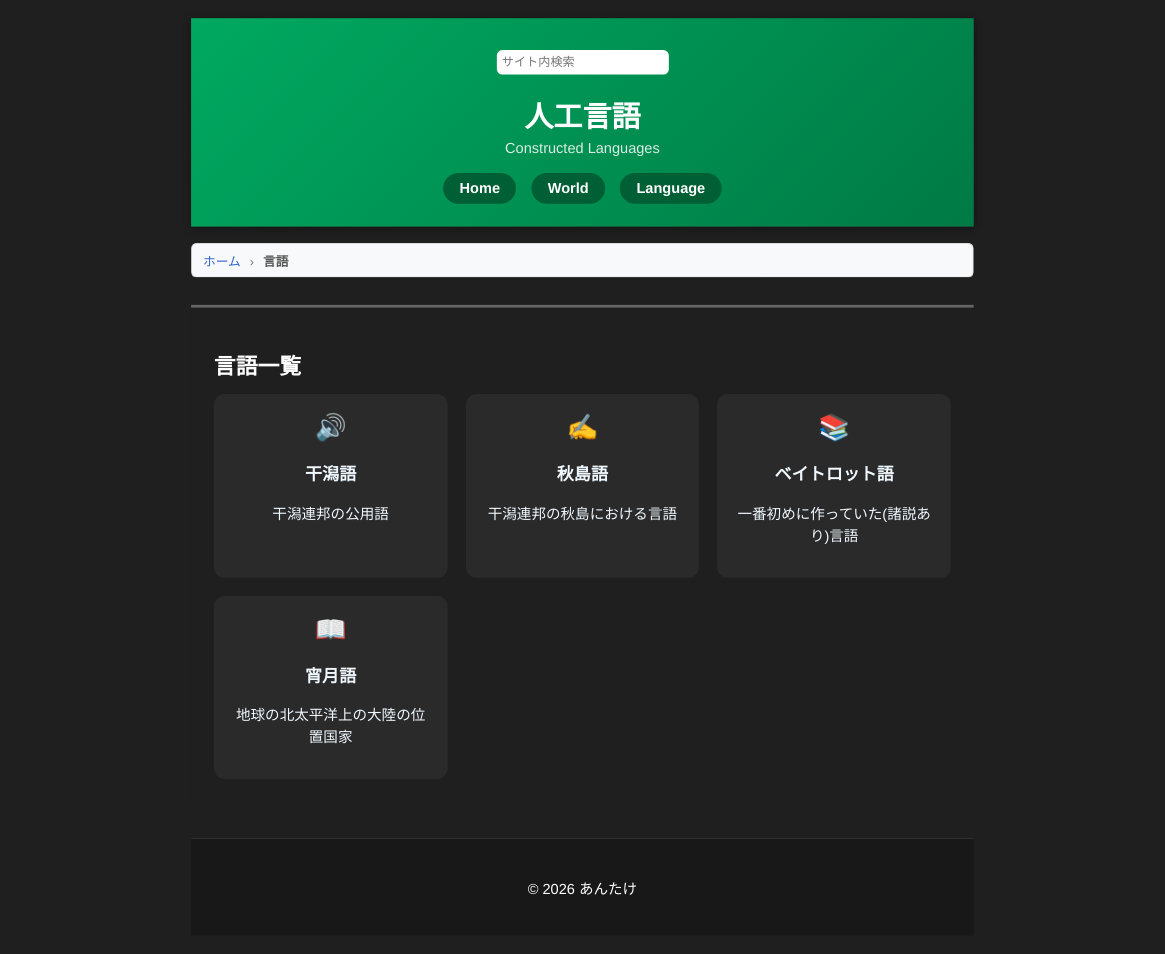
Repository: Player5270-antake/Player5270-antake.github.io
Page: language/index.html
The author's editor kept a copy of each file at every save. The page is drawn from the files as they stood at one save, then again after the next save.
The browser window is 1280 px wide. The pictures show the whole page, at 91% of full size.

Above is the page before, as saved 2026-03-09 09:22:08.

### language/index.html
<!DOCTYPE html>
<html lang="ja">
<head>
    <meta charset="UTF-8">
    <meta name="viewport" content="width=device-width, initial-scale=1.0">
    <title>人工言語 | あんたけのガレージセンター</title>
    <link rel="stylesheet" href="../css/base.css">
    <link rel="stylesheet" href="../css/layout.css">
    <link rel="stylesheet" href="../css/header.css">
    <link rel="stylesheet" href="../css/mainpage.css">
</head>

<body>
    <div class="container">
        <header>
            <div class="search-box">
                <input type="text" id="searchInput" placeholder="サイト内検索">
                <div id="searchResults"></div>
            </div>
            <h1>人工言語</h1>
            <p>Constructed Languages</p>
            <nav class="header-nav">
                <a href="../">Home</a>
                <a href="../world/">World</a>
                <a href="index.html">Language</a>
            </nav>
        </header>
        <nav class="breadcrumb">
            <a href="../">ホーム</a>
            <span class="sep">›</span>
            <span class="current">言語</span>
        </nav>
        <main>
            <h2>言語一覧</h2>
            <div class="cards">
            <a href="hagalen/" class="card">
                <div class="card-icon">🔊</div>
                <h3>干潟語</h3>
                <p>干潟連邦の公用語</p>
            </a>
            <a href="akshalen/" class="card">
                <div class="card-icon">✍️</div>
                <h3>秋島語</h3>
                <p>干潟連邦の秋島における言語</p>
            </a>
            <a href="beytrotten/" class="card">
                <div class="card-icon">📚</div>
                <h3>ベイトロット語</h3>
                <p>一番初めに作っていた(諸説あり)言語</p>
            </a>
            <a href="yoizkel/" class="card">
                <div class="card-icon">📖</div>
                <h3>宵月語</h3>
                <p>地球の北太平洋上の大陸の位置国家</p>
            </a>
        </div>
        </main>
        <footer>
            <p>© 2026 あんたけ</p>
        </footer>
    </div>
    <script src="../javascript/main.js" defer></script>
    <script src="../javascript/search-data.js"></script>
    <script src="../javascript/search.js"></script>
</body>
</html>

### css/base.css
/* リセット・基本 */
*{
    box-sizing:border-box;
}

body{
    background-color:#1f1f1f;
    color:white;
    font-family:'Helvetica Neue','Helvetica','Arial',sans-serif;
    margin:0;
}

html{
    scroll-behavior:smooth;
}

.container{
    max-width:900px;
    margin:0 auto;
    padding:20px;
}

/* 見出し */
h2{
    margin-bottom:10px;
}

/* セクション */
section{
    margin-bottom:30px;
}

/*検索ボックス*/
.search-box{
    position:relative;
    margin-top:10px;
}

#searchInput{
    padding:6px;
    border-radius:6px;
    border:none;
}

#searchResults{
    position:absolute;
    background:#2a2a2a;
    width:200px;
    border-radius:6px;
    margin-top:4px;
}

#searchResults div{
    padding:6px;
}

#searchResults a{
    color:white;
    text-decoration:none;
}

/*スマホ対応*/
@media (max-width: 600px){

    header{
        padding:15px 10px;
    }

    header h1{
        font-size:22px;
    }

    .tagline{
        font-size:12px;
    }

    .header-nav a{
        display:block;
        margin:8px auto;
        width:120px;
    }

    main{
        padding:15px;
    }

    .breadcrumb{
        font-size:12px;
        padding:8px;
    }

    }

### css/layout.css
/* メイン */
main{
    max-width:900px;
    margin:30px auto;
    padding:25px;
    border-top:3px solid #666;
    background-color:#1f1f1f;
}

/* フッター */
footer{
    margin-top:40px;
    padding:25px;
    text-align:center;
    background:#181818;
    border-top:1px solid #333;
}

.footer-nav{
    margin-top:10px;
}

.footer-nav a{
    text-decoration:none;
    color:#aaa;
    margin:0 10px;
}

.footer-nav a:hover{
    color:white;
}

/* スクロールバー */
.progress-bar{
    position:fixed;
    top:0;
    left:0;
    width:100%;
    height:4px;
    background:#2a2a2a;
    z-index:2000;
}

.progress{
    height:100%;
    width:0%;
    background:#4a90e2;
    transition:width 0.1s;
}

/*パンくずリスト*/
.breadcrumb {
    font-size: 14px;
    padding: 8px 12px;
    background: #f8f9fa;
    border: 1px solid #ddd;
    border-radius: 6px;
    border-bottom:1px solid #ccc;
    padding-bottom:8px;
}

.breadcrumb a {
    text-decoration: none;
    color: #3366cc;
}

.breadcrumb a:hover {
    text-decoration: underline;
}

.breadcrumb .sep {
    margin: 0 6px;
    color: #777;
}

.breadcrumb .current {
    color: #555;
    font-weight: bold;
}

### css/header.css
header{
    background:linear-gradient(135deg,#00a960,#007a45);
    padding:25px;
    text-align:center;
    z-index:1000;
    box-shadow:0 2px 8px rgba(0,0,0,0.4);
}

header h1{
    margin-bottom:5px;
    font-size:32px;
}

header p{
    margin-top:0;
    opacity:0.85;
}

/* ナビ */
nav{
    margin-top:18px;
}

.header-nav a{
    text-decoration:none;
    color:white;
    background-color:#005f34;
    padding:8px 18px;
    margin:0 6px;
    border-radius:20px;
    font-weight:bold;
    display:inline-block;
}

.header-nav a:hover{
    background-color:#004d2b;
    transform:translateY(-2px);
}

### css/mainpage.css
/* ヘッダー追従 */
header{
    position:sticky;
    top:0;
}

/* お知らせ */
.news-list{
    list-style:none;
    padding:0;
    margin-top:10px;
}

.news-list li{
    background:#2a2a2a;
    padding:12px 15px;
    border-radius:8px;
    margin-bottom:10px;
}

/* カードUI */
.cards{
    display:grid;
    grid-template-columns:repeat(auto-fit,minmax(250px,1fr));
    gap:20px;
    margin-top:15px;
}

.card{
    display:block;
    background:#2a2a2a;
    padding:20px;
    border-radius:12px;
    text-decoration:none;
    color:aliceblue;
    transition:transform 0.2s, background 0.2s;
    text-align:center;
}

.card:hover{
    background:#333;
    transform:translateY(-3px);
    box-shadow:0 6px 18px rgba(0,0,0,0.4);
}

.card-icon{
    font-size:28px;
    margin-bottom:8px;
}

### javascript/search-data.js
const searchData = [
    {
    title:"干潟語",
    url:"/language/hagalen/",
    category:"language"
    },

    {
    title:"干潟連邦",
    url:"/world/hagal_byuje/",
    category:"world"
    }
];

### javascript/search.js
const input = document.getElementById("searchInput");
const results = document.getElementById("searchResults");

input.addEventListener("input", () => {

const keyword = input.value.toLowerCase();
results.innerHTML = "";

if(keyword.length === 0) return;

const filtered = searchData.filter(item =>
item.title.toLowerCase().includes(keyword)
);

filtered.forEach(item => {

const div = document.createElement("div");

div.innerHTML =
`<a href="${item.url}">${item.title}</a>`;

results.appendChild(div);

});

});

### javascript/main.js
const sections = document.querySelectorAll("section");

const observer = new IntersectionObserver(entries => {

entries.forEach(entry => {

if(entry.isIntersecting){

const id = entry.target.getAttribute("id");

highlightToc(id);

}

});

},{
rootMargin: "-40% 0px -55% 0px"
});

sections.forEach(section=>{
observer.observe(section);
});

After the next save:
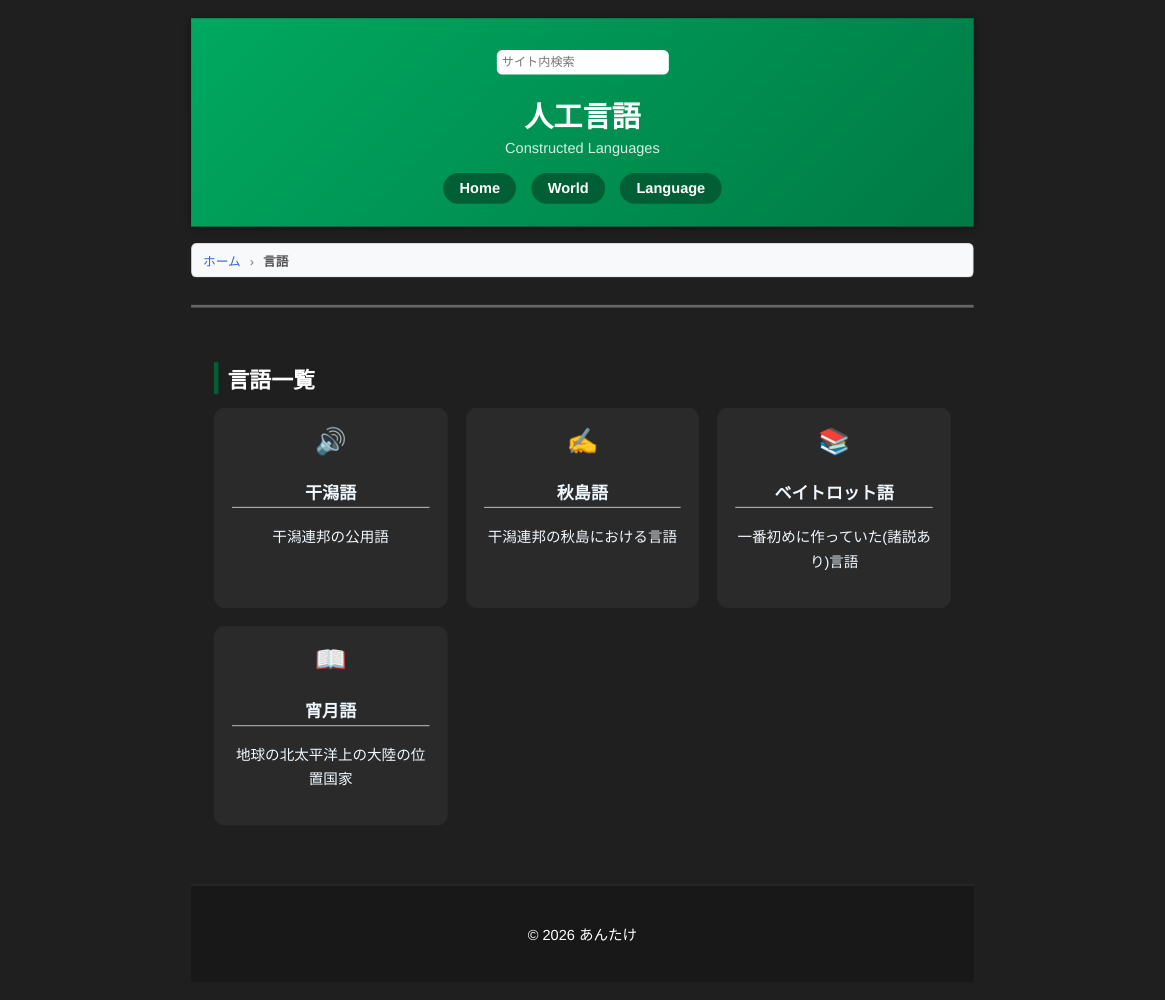
Saved 2 min 48 s later.
--- a/css/layout.css
+++ b/css/layout.css
@@ -5,6 +5,22 @@ main{
     padding:25px;
     border-top:3px solid #666;
     background-color:#1f1f1f;
+}
+
+main h2{
+    border-left:5px solid #005f34;
+    padding-left:10px;
+    margin-top:35px;
+}
+
+main h3{
+    border-bottom:1px solid #ccc;
+    padding-bottom:4px;
+    margin-top:25px;
+}
+
+main p{
+    line-height:1.7;
 }
 
 /* フッター */
